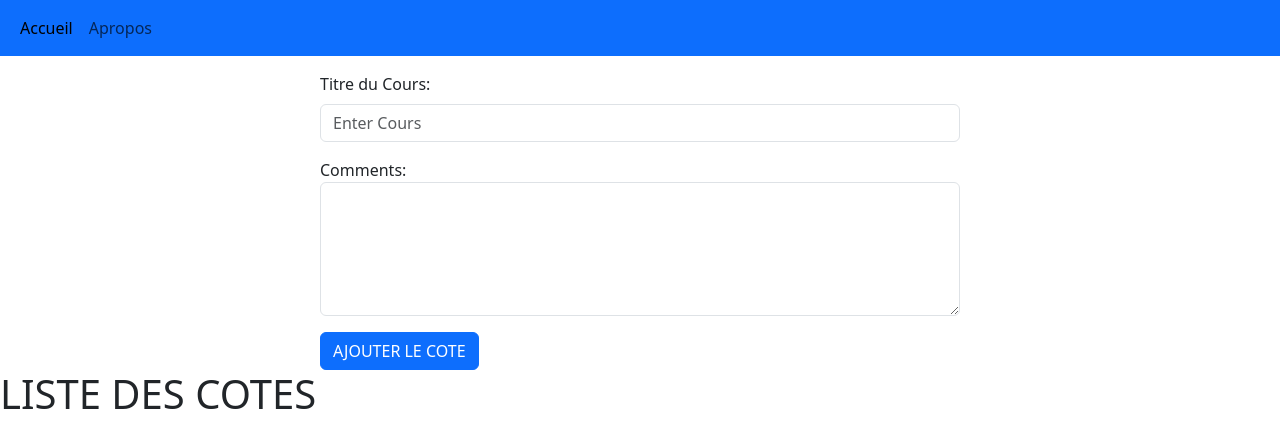
Repository: SKB-TECH/MinProject
Page: IHM/index.html
The author's editor kept a copy of each file at every save. The page is drawn from the files as they stood at one save, then again after a run of saves.
The browser window is 1280 px wide. The pictures show the whole page.
Some web libraries are served in a nearby version.

Above is the page before, as saved 2022-09-29 15:14:52.

After the next 4 saves:
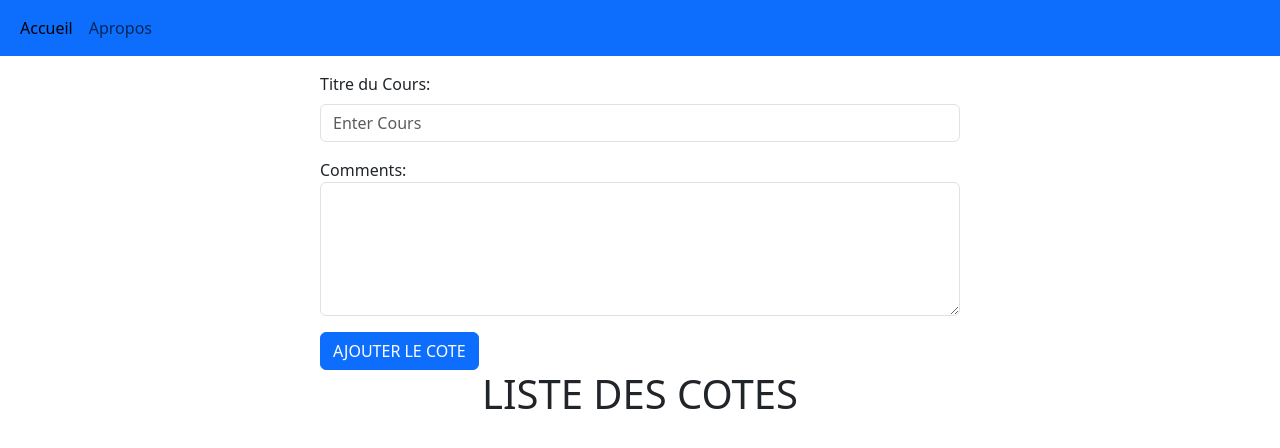
The 4 saves are shown as one change because they came seconds apart.
The last was saved 15 s later.
--- a/IHM/index.html
+++ b/IHM/index.html
@@ -54,7 +54,7 @@
       </div>
     </section>
     <section>
-        <h1 style="ali">LISTE DES COTES</h1>
+        <h1 style="text-align:center;">LISTE DES COTES</h1>
     </section>
   </body>
 </html>
